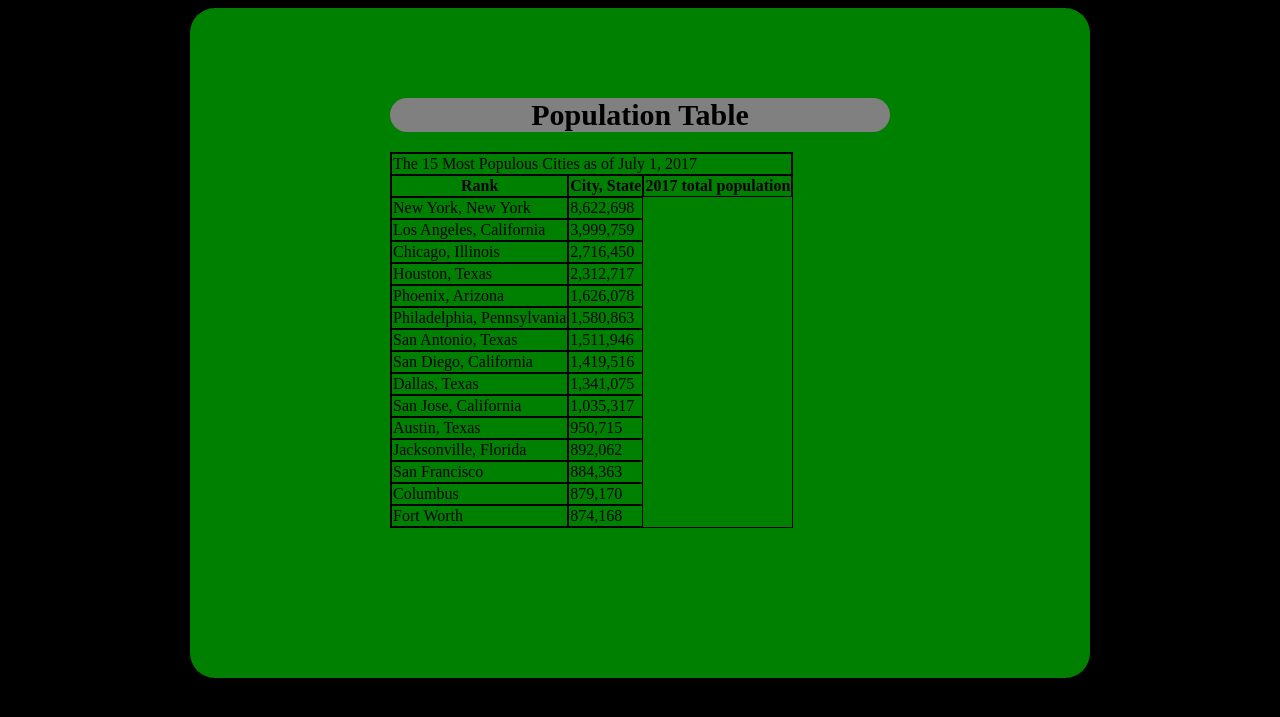
Repository: GaithCattan/COSW30
Page: http://localhost/labwork/lab5/population.php
The author's editor kept a record of every edit. The page is drawn from the files as they stood at one moment, then again after the next edit.
The browser window is 1280 px wide. The pictures show the whole page.
The page is run by PHP 8.4 with error messages shown; the project is at /var/www/html/.

Above is the page before.

After the next edit:
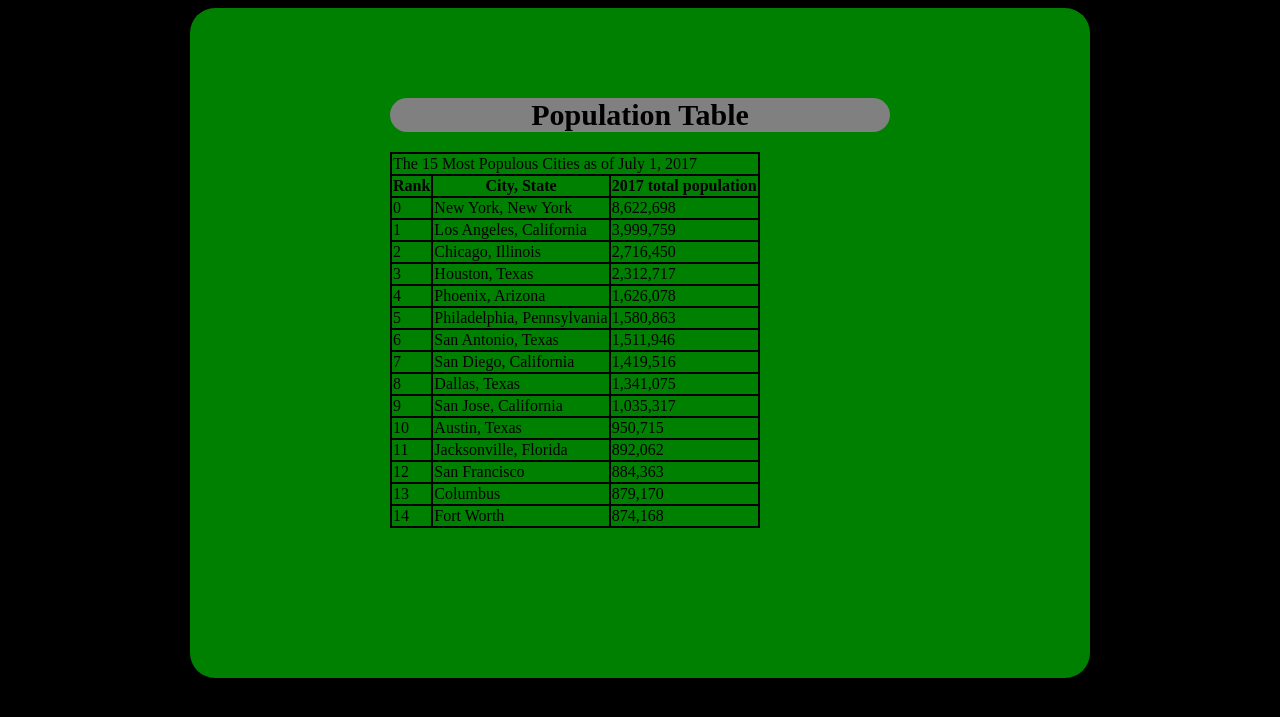
The edit:
--- a/labwork/lab5/population.php
+++ b/labwork/lab5/population.php
@@ -63,7 +63,8 @@
             </tr>";
 $i = 0;
     foreach ($population as $key => $value ) {
-        print "<td>$key</td><td>$value</td></tr>\n";
+        print "<td>$i</td><td>$key</td><td>$value</td></tr>\n";
+        $i++;
         }
 
 
